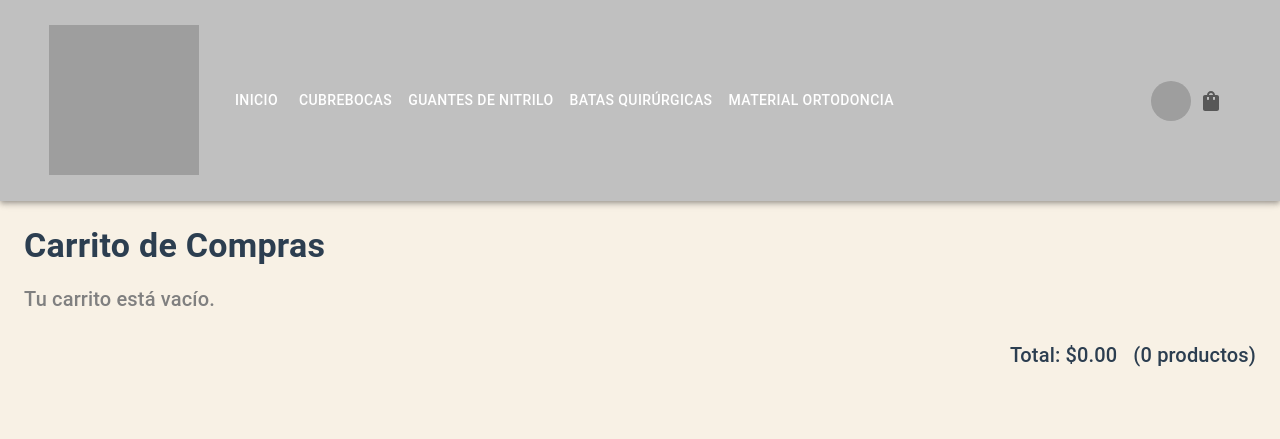
Repository: SebastianPineiro10/ecommerce-coderhouse
Page: /cart
An editor plug-in stored every save of this project. The page is shown before and after the next save, followed by the edit.
The browser window is 1280 px wide. The pictures show the whole page.
Pictures or frames that could not be fetched are drawn as grey boxes. The project was rebuilt for these pictures with package versions that can differ from the ones it lists, and the page was loaded fresh each time. Also part of the build but not shown: vite.config.js, src/firebaseConfig.js, src/products.js, src/components/common/card/productcard.css, src/components/common/card/ProductCard.jsx, src/components/pages/ItemListContainer/ItemList.jsx, src/components/pages/ItemListContainer/ItemListContainer.jsx, src/components/pages/ItemDetail/ItemDetail.jsx and 3 more.

Above is the page before, as saved 2024-11-18 18:05:23.

### index.html
<!doctype html>
<html lang="en">
  <head>
    <meta charset="UTF-8" />
    <link rel="icon" type="favicon" href="/public/favicon.ico" />
    <meta name="viewport" content="width=device-width, initial-scale=1.0" />
    <title>SP Depósito Dental</title>
    <meta name="description" content="Bienvenido a SP Depósito Dental, su tienda de confianza para productos dentales." />
    <meta name="keywords" content="dental, productos dentales, tienda, e-commerce" />

  </head>
  <body>
    <div id="root"></div>
    <script type="module" src="/src/main.jsx"></script>
  </body>
</html>

### src/main.jsx
import { createRoot } from 'react-dom/client'
import App from './App.jsx'
import './index.css'


createRoot(document.getElementById("root")).render(<App />);

### src/App.jsx
import { BrowserRouter } from 'react-router-dom';
import { Routes, Route } from 'react-router-dom';
import { CartProvider } from './context/CartContext';
import NavBar from './components/layout/navbar/NavBar';
import {ItemListContainer} from './components/pages/ItemListContainer/ItemListContainer';
import ItemDetailContainer from './components/pages/ItemDetail/ItemDetailContainer';
import CartContainer from './components/pages/cart/CartContainer';
import { Toaster } from 'sonner';
import Checkout from './components/pages/checkout/Checkout';
import Brief from './components/pages/brief/Brief';


const App = () => {
  return (
    <CartProvider>
      <BrowserRouter>
      <Toaster duration={2000} richColors position="bottom-right" />
        <NavBar />
        <Routes>
          <Route
            path="/"
            element={<ItemListContainer greeting="¡Hola! Bienvenido a SP Deposito Dental" />}
          />
          <Route path="/category/:categoryId" element={<ItemListContainer greeting="¡Hola! Bienvenido a SP Deposito Dental" />} />
          <Route path="/item/:itemId" element={<ItemDetailContainer />} />
          <Route path="/cart" element={<CartContainer />} />
          <Route path="/checkout" element={<Checkout />} />
          <Route path="/brief" element={<Brief />} />
          <Route path="*" element={<h2>404 not found</h2>} />
        </Routes>
      </BrowserRouter>
    </CartProvider>
  );
};

export default App;

### src/index.css
body {
  background-color: #F8F1E5;
  margin: 0;
  font-family: 'Roboto', sans-serif;
  color: #2C3E50;
}

### src/context/CartContext.jsx
import { createContext, useState, useContext } from "react";
import PropTypes from "prop-types";
import { toast } from "sonner";

const CartContext = createContext();

export const CartProvider = ({ children }) => {
  const [cart, setCart] = useState([]);
  const [isCheckout, setIsCheckout] = useState(false);

  const generateCartItemId = () => `cart-${Date.now()}-${Math.random()}`;

  // Función para agregar productos al carrito
  const addToCart = (product) => {
    // Buscar si el producto ya está en el carrito
    const existingItem = cart.find(item => item.cartItemId === product.cartItemId);

    if (existingItem) {
      // Comprobar si la cantidad total no excede el stock
      const totalQuantity = existingItem.quantity + 1;
      if (totalQuantity <= product.stock) {
        updateQuantity(existingItem.cartItemId, totalQuantity); // Incrementar la cantidad si no se excede el stock
      } else {
        toast.error(`No puedes agregar más de ${product.stock} unidades de ${product.title}.`);
      }
    } else {
      // Si el producto no está en el carrito, agregarlo
      if (product.stock > 0) {
        const newCartItem = { ...product, cartItemId: generateCartItemId(), quantity: 1 };
        setCart((prevCart) => [...prevCart, newCartItem]);
        toast.success(`${product.title} ha sido añadido al carrito`);
      } else {
        toast.error(`El producto ${product.title} está agotado.`);
      }
    }
  };

  // Función para eliminar productos del carrito
  const removeFromCart = (cartItemId) => {
    setCart((prevCart) => {
      const updatedCart = prevCart.filter((item) => item.cartItemId !== cartItemId);
      toast.error("Producto eliminado del carrito");
      return updatedCart;
    });
  };

  // Función para actualizar la cantidad de un producto
  const updateQuantity = (cartItemId, quantity) => {
    if (quantity < 1 || isNaN(quantity)) return;

    setCart((prevCart) => {
      const updatedCart = prevCart.map((item) =>
        item.cartItemId === cartItemId ? { ...item, quantity } : item
      );
      toast.info("Cantidad actualizada");
      return updatedCart;
    });
  };

  // Función para obtener el total de la compra
  const getTotal = () => {
    return cart.reduce((total, item) => total + (item.price * item.quantity || 0), 0);
  };

  // Función para obtener la cantidad total de productos en el carrito
  const getTotalQuantity = () => {
    return cart.reduce((total, item) => total + (item.quantity || 0), 0);
  };

  // Función para vaciar el carrito
  const clearCart = () => {
    setCart([]);
    toast.success("Carrito vacío");
  };

  // Función para iniciar el proceso de checkout
  const startCheckout = () => {
    setIsCheckout(true);
  };

  // Función para resetear el estado de checkout
  const resetCheckout = () => {
    setIsCheckout(false);
  };

  return (
    <CartContext.Provider value={{
      cart,
      addToCart,
      removeFromCart,
      updateQuantity,
      getTotal,
      getTotalQuantity,
      clearCart,
      startCheckout,
      resetCheckout,
      isCheckout
    }}>
      {children}
    </CartContext.Provider>
  );
};

CartProvider.propTypes = {
  children: PropTypes.node.isRequired,
};

// Custom hook para consumir el CartContext
export const useCart = () => useContext(CartContext);

### src/components/layout/navbar/NavBar.jsx
import * as React from 'react';
import AppBar from '@mui/material/AppBar';
import Box from '@mui/material/Box';
import Toolbar from '@mui/material/Toolbar';
import IconButton from '@mui/material/IconButton';
import Typography from '@mui/material/Typography';
import Menu from '@mui/material/Menu';
import MenuIcon from '@mui/icons-material/Menu';
import Container from '@mui/material/Container';
import Avatar from '@mui/material/Avatar';
import Button from '@mui/material/Button';
import Tooltip from '@mui/material/Tooltip';
import MenuItem from '@mui/material/MenuItem';
import CartWidget from '../../common/cartWidget/Cartwidget'
import { NavLink } from 'react-router-dom';
import "./Navbar.css";

const pages = [
  { name: 'Inicio', route: '/' },
  { name: 'Cubrebocas', route: '/category/cubrebocas' },
  { name: 'Guantes de Nitrilo', route: '/category/guantes' },
  { name: 'Batas Quirúrgicas', route: '/category/batas' },
  { name: 'Material ortodoncia', route: '/category/ortodoncia'},

];
const settings = ['Mi Perfil', 'Cuenta', 'Mis Compras', 'Cerrar sesión', 'Buscar'];

function ResponsiveAppBar() {
  const [anchorElNav, setAnchorElNav] = React.useState(null);
  const [anchorElUser, setAnchorElUser] = React.useState(null);

  const handleOpenNavMenu = (event) => {
    setAnchorElNav(event.currentTarget);
  };

  const handleOpenUserMenu = (event) => {
    setAnchorElUser(event.currentTarget);
  };

  const handleCloseNavMenu = () => {
    setAnchorElNav(null);
  };

  const handleCloseUserMenu = () => {
    setAnchorElUser(null);
  };

  return (
    <AppBar position="static">
      <Container maxWidth="xl">
        <Toolbar disableGutters>
          <Box sx={{ display: 'flex', flexDirection: 'column', alignItems: 'center', mr: 3.5 }}>
            <img
              src="https://res.cloudinary.com/dcerhiol0/image/upload/v1730231790/file_9_jmsjn0.png"
              alt="Logo"
              style={{ height: '150px', marginBottom: '1px', width: '150px' }}
            />
            <Typography
              variant="caption"
              noWrap
              component={NavLink}
              to="/"
              sx={{
                fontFamily: 'monospace',
                fontWeight: 700,
                letterSpacing: '.3rem',
                color: 'inherit',
                textDecoration: 'none',
              }}
            >

            </Typography>
          </Box>


          <Box sx={{ flexGrow: 1, display: { xs: 'flex', md: 'none' }, justifyContent: 'center', gap: 5 }}>
            <IconButton
              size="large"
              aria-label="menu"
              aria-controls="menu-appbar"
              aria-haspopup="true"
              onClick={handleOpenNavMenu}
              color="inherit"
            >
              <MenuIcon />
            </IconButton>
            <Menu
              id="menu-appbar"
              anchorEl={anchorElNav}
              anchorOrigin={{ vertical: 'bottom', horizontal: 'left' }}
              keepMounted
              transformOrigin={{ vertical: 'top', horizontal: 'left' }}
              open={Boolean(anchorElNav)}
              onClose={handleCloseNavMenu}
              sx={{ display: { xs: 'block', md: 'none' } }}
            >
              {pages.map((page) => (
                <MenuItem key={page.name} onClick={handleCloseNavMenu}>
                  <Typography textAlign="center">
                    <NavLink to={page.route} style={{ textDecoration: 'none', color: 'inherit' }}>{page.name}</NavLink>
                  </Typography>
                </MenuItem>
              ))}
            </Menu>
          </Box>


          <Box sx={{ flexGrow: 1, display: { xs: 'none', md: 'flex' } }}>
            {pages.map((page) => (
              <Button
                key={page.name}
                onClick={handleCloseNavMenu}
                component={NavLink}
                to={page.route}
                sx={{ my: 2, color: 'white', display: 'block' }}
              >
                {page.name}
              </Button>
            ))}
          </Box>


          <Box sx={{ flexGrow: 0 }}>
            <Tooltip title="Abrir ajustes">
              <IconButton onClick={handleOpenUserMenu} sx={{ p: 0 }}>
                <Avatar alt="User Avatar" src="/static/images/avatar/2.jpg" />
              </IconButton>
            </Tooltip>
            <Menu
              sx={{ mt: '45px' }}
              id="menu-appbar"
              anchorEl={anchorElUser}
              anchorOrigin={{ vertical: 'top', horizontal: 'right' }}
              keepMounted
              transformOrigin={{ vertical: 'top', horizontal: 'right' }}
              open={Boolean(anchorElUser)}
              onClose={handleCloseUserMenu}
            >
              {settings.map((setting) => (
                <MenuItem key={setting} onClick={handleCloseUserMenu}>
                  <Typography textAlign="center">{setting}</Typography>
                </MenuItem>
              ))}
            </Menu>
            <CartWidget itemCount={3} />
          </Box>
        </Toolbar>
      </Container>
    </AppBar>
  );
}

export default ResponsiveAppBar;

### src/components/pages/cart/CartContainer.jsx
import { Box, Typography, Button, Grid, IconButton } from "@mui/material";
import { useCart } from "../../../context/CartContext";
import { Delete as DeleteIcon } from "@mui/icons-material";
import { useNavigate } from "react-router-dom";

const CartContainer = () => {
  const { cart, removeFromCart, updateQuantity, getTotal, getTotalQuantity, startCheckout } = useCart();
  const navigate = useNavigate();

  const handleRemoveFromCart = (prodId) => {
    removeFromCart(prodId);
  };

  const handleQuantityChange = (prodId, quantity, stock) => {
    if (quantity >= 1 && quantity <= stock) {
      updateQuantity(prodId, quantity);
    }
  };

  const incrementQuantity = (prodId, quantity, stock) => {
    if (quantity < stock) {
      updateQuantity(prodId, quantity + 1);
    }
  };

  const decrementQuantity = (prodId, quantity) => {
    if (quantity > 1) {
      updateQuantity(prodId, quantity - 1);
    }
  };

  const handleCheckout = () => {
    startCheckout();
    navigate('/checkout');
  };

  const handleGoToBrief = () => {
    navigate('/brief');
  };

  return (
    <Box sx={{ padding: 3 }}>
      <Typography variant="h4" sx={{ marginBottom: 2, fontWeight: "bold" }}>
        Carrito de Compras
      </Typography>

      {cart.length === 0 ? (
        <Typography variant="h6" sx={{ color: "gray" }}>
          Tu carrito está vacío.
        </Typography>
      ) : (
        <Grid container spacing={2}>
          {cart.map((product) => (
            <Grid item xs={12} md={6} key={product.cartItemId}>
              <Box sx={{ display: "flex", justifyContent: "space-between", alignItems: "center", border: "1px solid #ccc", padding: 2, borderRadius: 2, boxShadow: 2, marginBottom: 2 }}>
                <Box sx={{ display: "flex", alignItems: "center" }}>
                  <img
                    src={product.imageUrl}
                    alt={product.title}
                    style={{ width: "80px", height: "80px", objectFit: "cover", borderRadius: "8px", marginRight: 16 }}
                  />
                  <Typography variant="body1" sx={{ fontWeight: "bold" }}>
                    {product.title}
                  </Typography>
                </Box>

                <Box sx={{ display: "flex", alignItems: "center" }}>
                  <Typography variant="body1" sx={{ marginRight: 2 }}>
                    ${product.price} x {product.quantity}
                  </Typography>

                  <Box sx={{ display: "flex", alignItems: "center" }}>
                    <IconButton onClick={() => decrementQuantity(product.cartItemId, product.quantity)}>-</IconButton>
                    <Typography variant="body1" sx={{ marginX: 2 }}>
                      {product.quantity} / {product.stock} disponible(s)
                    </Typography>
                    <IconButton onClick={() => incrementQuantity(product.cartItemId, product.quantity, product.stock)}>+</IconButton>
                  </Box>

                  <IconButton color="error" onClick={() => handleRemoveFromCart(product.cartItemId)}>
                    <DeleteIcon />
                  </IconButton>
                </Box>
              </Box>
            </Grid>
          ))}
        </Grid>
      )}

      <Box sx={{ display: "flex", justifyContent: "flex-end", marginTop: 3 }}>
        <Typography variant="h6" sx={{ marginRight: 2 }}>
          Total: ${getTotal().toFixed(2)}
        </Typography>
        <Typography variant="h6">({getTotalQuantity()} productos)</Typography>
      </Box>

      {cart.length > 0 && (
        <Box sx={{ marginTop: 2, display: 'flex', justifyContent: 'flex-start' }}>
          <Button
            variant="contained"
            color="primary"
            sx={{ padding: "12px", fontSize: "16px", width: "350px", marginRight: 4 }}
            onClick={handleGoToBrief}
          >
            Ver Resumen
          </Button>
          <Button
            variant="contained"
            color="secondary"
            sx={{ padding: "12px", fontSize: "16px", width: "350px" }}
            onClick={handleCheckout}
          >
            Finalizar compra
          </Button>
        </Box>
      )}
    </Box>
  );
};

export default CartContainer;

### src/components/common/cartWidget/Cartwidget.jsx
import { useCart } from '../../../context/CartContext';
import { Link } from 'react-router-dom';
import IconButton from '@mui/material/IconButton';
import Badge from '@mui/material/Badge';
import ShoppingBagIcon from '@mui/icons-material/ShoppingBag';

const CartWidget = () => {
  const { cart } = useCart();

  const itemCount = cart.reduce((total, item) => total + item.quantity, 0);

  return (
    <Link to="/cart" style={{ textDecoration: 'none' }}>
      <IconButton aria-label="cart">
        <Badge badgeContent={itemCount} color="secondary">
          <ShoppingBagIcon />
        </Badge>
      </IconButton>
    </Link>
  );
};

export default CartWidget;

### src/components/layout/navbar/Navbar.css
.MuiAppBar-root {
    background-color: rgb(192, 192, 192) !important;
    box-shadow: 0px 2px 10px rgba(0, 0, 0, 0.1);
    position: fixed;
    top: 0;
    left: 0;
    width: 100%;
    z-index: 1100;

  }

  .MuiToolbar-root {
    display: flex;
    justify-content: space-between;
    align-items: center;
    padding: 25px;
    min-height: 64px;
  }

  .MuiToolbar-regular {
    display: flex;
    justify-content: space-between;
  }


  .MuiButton-root {
    margin-left: 10px;
    margin-right: 10px;
    padding: 10px 16px;
    transition: background-color 0.3s ease;

  }

  .MuiButton-root:hover {
      color: navy;
  }


.MuiMenu-paper {
    background-color:  rgb(192, 192, 192)!important;
    color: white !important;
}

### src/components/pages/checkout/checkout.css
.checkout-container {
    display: flex;
    flex-direction: column;
    justify-content: flex-start;
    align-items: center;
    max-width: 450px;
    margin: 50px auto;
    padding: 30px;
    background-color: #ffffff;
    border-radius: 10px;
    box-shadow: 0 10px 30px rgba(0, 0, 0, 0.1);
    width: 100%;
    box-sizing: border-box;
    transition: transform 0.3s ease-in-out, box-shadow 0.3s ease-in-out;
  }


  .checkout-container:hover {
    box-shadow: 0 10px 20px rgba(0, 0, 0, 0.25);
    transform: translateY(-1px);
  }


  h2 {
    color: #333;
    font-size: 26px;
    font-weight: 700;
    margin-bottom: 20px;
    text-align: left;
    letter-spacing: 1px;
    width: 100%;  /* Hace que el título ocupe todo el ancho del contenedor */
  }


  .checkout-form {
    display: flex;
    flex-direction: column;
    gap: 20px;
    width: 100%;
    align-items: center;
  }


  input {
    padding: 12px 15px;
    border: 1px solid #ddd;
    border-radius: 6px;
    font-size: 14px;
    width: 100%;
    max-width: 400px;
    height: 40px;
    margin-bottom: 15px;
    transition: border-color 0.3s ease-in-out;
  }


  input:focus {
    border-color: #007BFF;
    outline: none;
  }


  button {
    padding: 12px 20px;
    background-color: #007BFF;
    color: white;
    border: none;
    border-radius: 6px;
    font-size: 16px;
    cursor: pointer;
    width: auto;
    transition: background-color 0.3s ease, transform 0.3s ease-in-out;
  }


  button:hover {
    background-color: #0056b3;
    transform: translateY(-2px);
  }

  button:active {
    background-color: #003d80;
    transform: translateY(2px);
  }

After the next save:
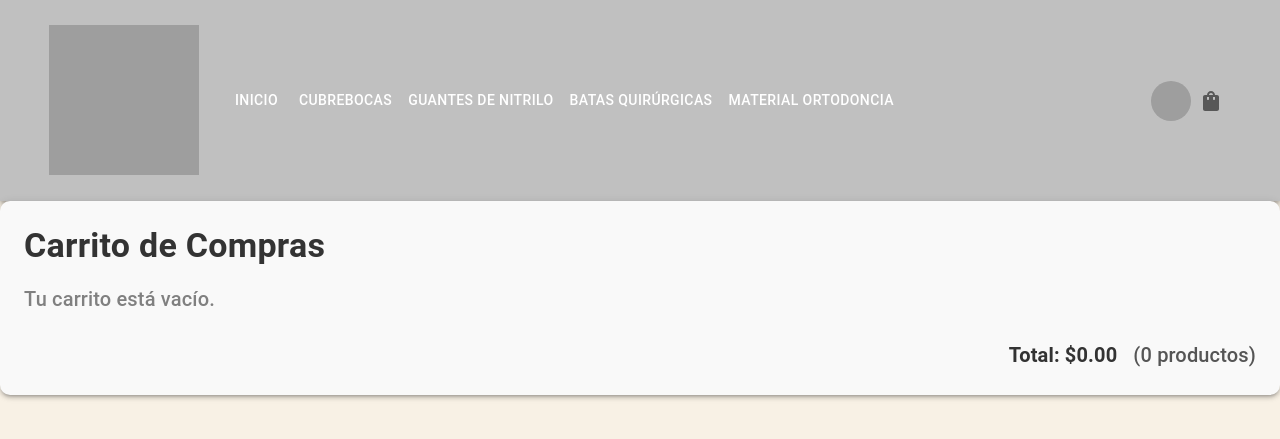
Saved 82 s later.
--- a/src/components/pages/cart/CartContainer.jsx
+++ b/src/components/pages/cart/CartContainer.jsx
@@ -1,4 +1,4 @@
-import { Box, Typography, Button, Grid, IconButton } from "@mui/material";
+import { Box, Typography, Button, Grid, IconButton, TextField } from "@mui/material";
 import { useCart } from "../../../context/CartContext";
 import { Delete as DeleteIcon } from "@mui/icons-material";
 import { useNavigate } from "react-router-dom";
@@ -39,8 +39,8 @@
   };
 
   return (
-    <Box sx={{ padding: 3 }}>
-      <Typography variant="h4" sx={{ marginBottom: 2, fontWeight: "bold" }}>
+    <Box sx={{ padding: 3, backgroundColor: "#f9f9f9", borderRadius: "10px", boxShadow: 3 }}>
+      <Typography variant="h4" sx={{ marginBottom: 2, fontWeight: "bold", color: "#333" }}>
         Carrito de Compras
       </Typography>
 
@@ -52,32 +52,32 @@
         <Grid container spacing={2}>
           {cart.map((product) => (
             <Grid item xs={12} md={6} key={product.cartItemId}>
-              <Box sx={{ display: "flex", justifyContent: "space-between", alignItems: "center", border: "1px solid #ccc", padding: 2, borderRadius: 2, boxShadow: 2, marginBottom: 2 }}>
+              <Box sx={{ display: "flex", justifyContent: "space-between", alignItems: "center", border: "1px solid #ddd", padding: 2, borderRadius: 2, boxShadow: 1, backgroundColor: "#fff" }}>
                 <Box sx={{ display: "flex", alignItems: "center" }}>
                   <img
                     src={product.imageUrl}
                     alt={product.title}
                     style={{ width: "80px", height: "80px", objectFit: "cover", borderRadius: "8px", marginRight: 16 }}
                   />
-                  <Typography variant="body1" sx={{ fontWeight: "bold" }}>
+                  <Typography variant="body1" sx={{ fontWeight: "bold", color: "#333" }}>
                     {product.title}
                   </Typography>
                 </Box>
 
                 <Box sx={{ display: "flex", alignItems: "center" }}>
-                  <Typography variant="body1" sx={{ marginRight: 2 }}>
+                  <Typography variant="body1" sx={{ marginRight: 2, color: "#333" }}>
                     ${product.price} x {product.quantity}
                   </Typography>
 
-                  <Box sx={{ display: "flex", alignItems: "center" }}>
-                    <IconButton onClick={() => decrementQuantity(product.cartItemId, product.quantity)}>-</IconButton>
-                    <Typography variant="body1" sx={{ marginX: 2 }}>
+                  <Box sx={{ display: "flex", alignItems: "center", backgroundColor: "#f1f1f1", borderRadius: "4px", padding: "5px 10px" }}>
+                    <IconButton onClick={() => decrementQuantity(product.cartItemId, product.quantity)} sx={{ padding: "4px", color: "#333" }}>-</IconButton>
+                    <Typography variant="body1" sx={{ marginX: 2, color: "#555" }}>
                       {product.quantity} / {product.stock} disponible(s)
                     </Typography>
-                    <IconButton onClick={() => incrementQuantity(product.cartItemId, product.quantity, product.stock)}>+</IconButton>
+                    <IconButton onClick={() => incrementQuantity(product.cartItemId, product.quantity, product.stock)} sx={{ padding: "4px", color: "#333" }}>+</IconButton>
                   </Box>
 
-                  <IconButton color="error" onClick={() => handleRemoveFromCart(product.cartItemId)}>
+                  <IconButton color="error" onClick={() => handleRemoveFromCart(product.cartItemId)} sx={{ marginLeft: 2 }}>
                     <DeleteIcon />
                   </IconButton>
                 </Box>
@@ -88,10 +88,12 @@
       )}
 
       <Box sx={{ display: "flex", justifyContent: "flex-end", marginTop: 3 }}>
-        <Typography variant="h6" sx={{ marginRight: 2 }}>
+        <Typography variant="h6" sx={{ marginRight: 2, fontWeight: "bold", color: "#333" }}>
           Total: ${getTotal().toFixed(2)}
         </Typography>
-        <Typography variant="h6">({getTotalQuantity()} productos)</Typography>
+        <Typography variant="h6" sx={{ color: "#555" }}>
+          ({getTotalQuantity()} productos)
+        </Typography>
       </Box>
 
       {cart.length > 0 && (
@@ -99,7 +101,7 @@
           <Button
             variant="contained"
             color="primary"
-            sx={{ padding: "12px", fontSize: "16px", width: "350px", marginRight: 4 }}
+            sx={{ padding: "12px", fontSize: "16px", width: "350px", marginRight: 4, borderRadius: "8px" }}
             onClick={handleGoToBrief}
           >
             Ver Resumen
@@ -107,7 +109,7 @@
           <Button
             variant="contained"
             color="secondary"
-            sx={{ padding: "12px", fontSize: "16px", width: "350px" }}
+            sx={{ padding: "12px", fontSize: "16px", width: "350px", borderRadius: "8px" }}
             onClick={handleCheckout}
           >
             Finalizar compra
